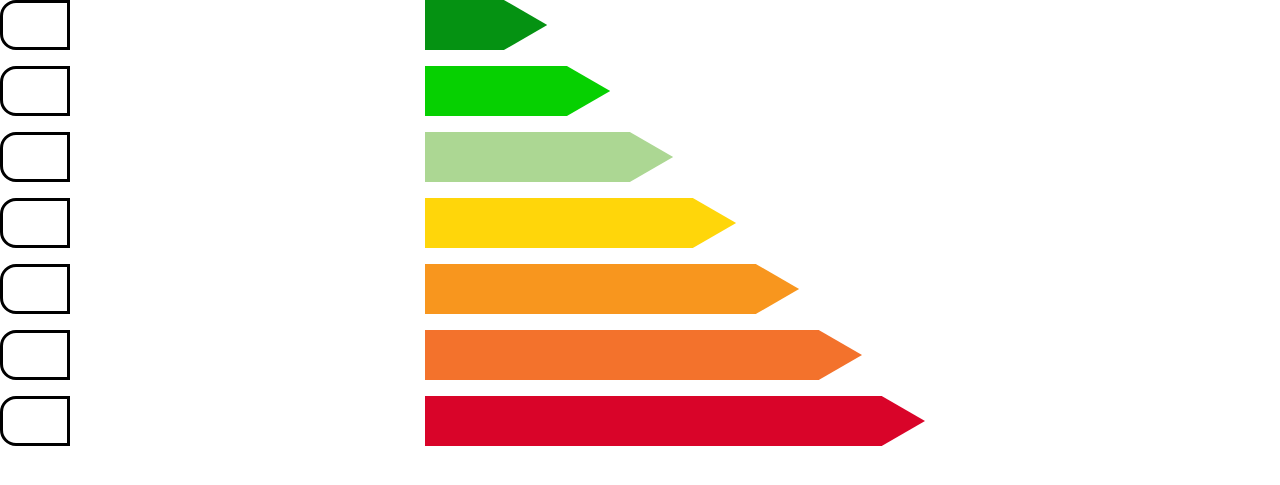
Repository: abdouAppcraft/Predict-DPE
Page: /result
The author's editor kept a copy of each file at every save. The page is drawn from the files as they stood at one save, then again after the next save.
The browser window is 1280 px wide. The pictures show the whole page.
The project was rebuilt for these pictures with package versions that can differ from the ones it lists, and the page was loaded fresh each time. Also part of the build but not shown: src/hooks/useDpeOptions.tsx, src/strings/string.ts, src/utils/computeData.ts, src/screens/PredictForm/PredictForm.css, src/screens/PredictForm/PredictForm.tsx.

Above is the page before, as saved 2024-06-12 10:23:06.

After the next save:
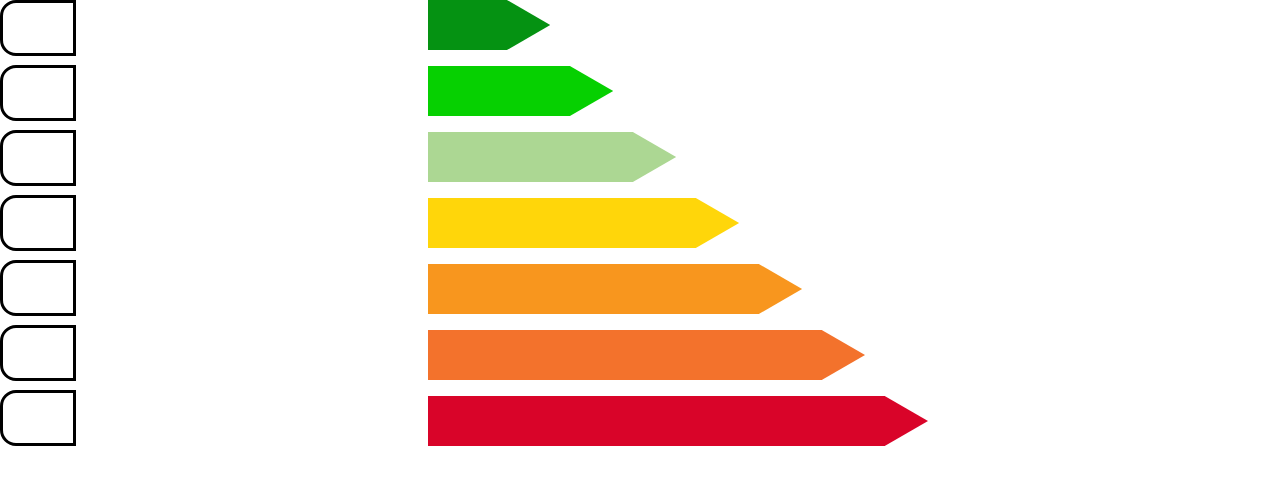
Saved 22 s later.
--- a/src/screens/Result/Result.tsx
+++ b/src/screens/Result/Result.tsx
@@ -31,7 +31,7 @@
               style={{
                 height: 50,
                 border: "solid",
-                boxSizing: "border-box",
+                boxSizing: currentResult && "border-box",
                 width: 70,
                 borderTopLeftRadius: "1rem",
                 borderBottomLeftRadius: "1rem",

After the 2 saves that followed:
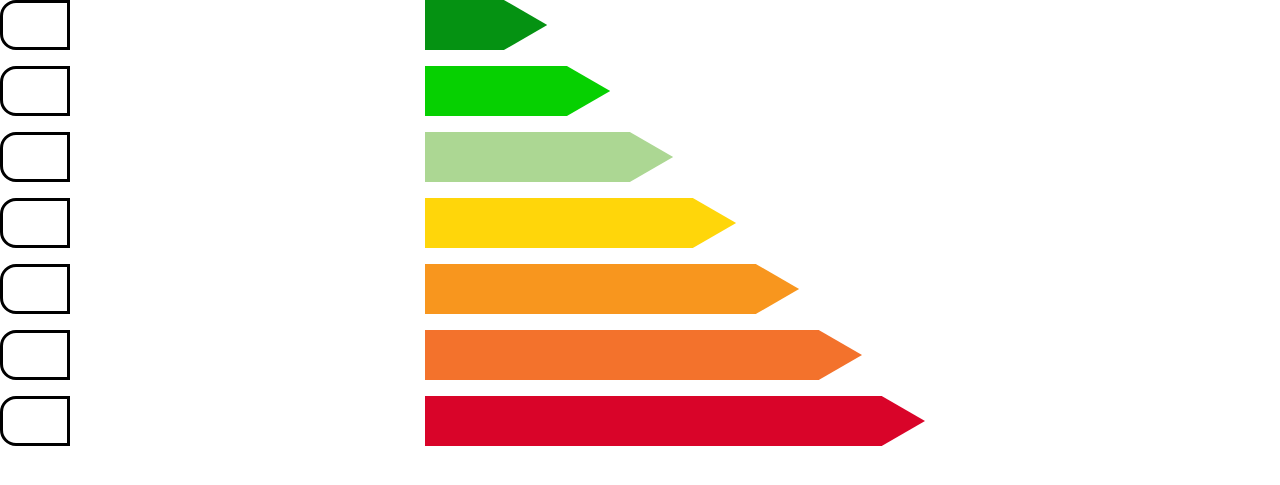
The 2 saves are shown as one change because 1 left the picture as it was.
The last was saved 18 s later.
--- a/src/screens/Result/Result.tsx
+++ b/src/screens/Result/Result.tsx
@@ -31,7 +31,7 @@
               style={{
                 height: 50,
                 border: "solid",
-                boxSizing: currentResult && "border-box",
+                boxSizing: "border-box",
                 width: 70,
                 borderTopLeftRadius: "1rem",
                 borderBottomLeftRadius: "1rem",
